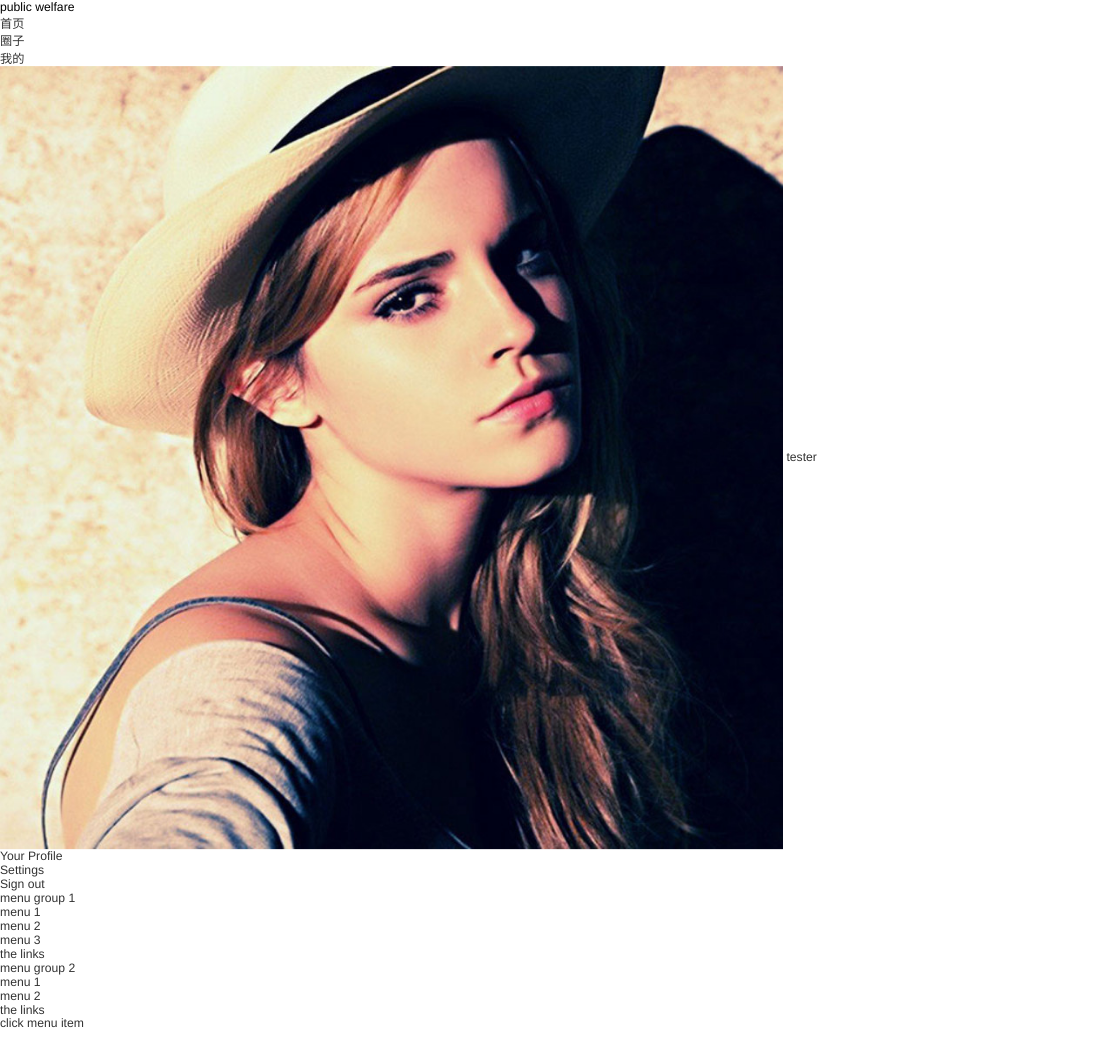
Repository: wjiawei97/FrontEndExercises
Page: 6. bigEvent/index.html
The author's editor kept a copy of each file at every save. The page is drawn from the files as they stood at one save, then again after the next save.
The browser window is 1280 px wide. The pictures show the whole page, at 87% of full size.

Above is the page before, as saved 2021-08-12 08:19:04.

### 6. bigEvent/index.html
<!DOCTYPE html>
<html lang="en">

<head>
    <meta charset="UTF-8">
    <meta http-equiv="X-UA-Compatible" content="IE=edge">
    <meta name="viewport" content="width=device-width, initial-scale=1.0">
    <title>Document</title>
    <link rel="stylesheet" href="./assets/css/common.css">
    <style>
        /* 移动端 */
        @media screen and (max-width: 768px) {
          .pb-layout-admin .pb-layout-left,
          .pb-layout-admin .pb-body,
          .pb-layout-admin .pb-footer{left: 0;}
          .pb-layout-admin .pb-side{left: -300px;}
        }
      </style>
</head>

<body>
    <div class="pb-layout pb-layout-admin">
        <!-- 网页顶部区域 -->
        <div class="pb-header">
            <div class="pb-logo pb-hide-xs pb-bg-black">public welfare</div>
            <!-- 头部水平导航栏区域 -->
            <ul class="pb-nav pb-layout-left">
                <!-- 在移动端显示 -->
                <li class="pb-nav-item pb-show-xs-inline-block pb-hide-sm">
                    <i class="pb-icon pb-icon-spread-left"></i>
                </li>
                <li class="pb-nav-item pb-hide-xs"><a href="">首页</a></li>
                <li class="pb-nav-item pb-hide-xs"><a href="">圈子</a></li>
                <li class="pb-nav-item pb-hide-xs"><a href="">我的</a></li>
            </ul>
            <ul class="pb-nav pb-layout-right">
                <li class="pb-nav-item pb-hide pb-show-md-inline-block">
                    <a href="javascript:;">
                        <img src="./assets/images/sample.jpg"
                            class="pb-nav-img">
                        tester
                        <i class="pb-icon pb-icon-down pb-nav-more"></i>
                    </a>
                    <dl class="pb-nav-child">
                        <dd><a href="">Your Profile</a></dd>
                        <dd><a href="">Settings</a></dd>
                        <dd><a href="">Sign out</a></dd>
                    </dl>
                </li>
            </ul>
        </div>

        <!-- 左侧侧边栏区域 -->
        <div class="pb-side pb-bg-black">
            <div class="pb-side-scroll">
                <ul class="pb-nav pb-nav-tree">
                    <li class="pb-nav-item pb-nav-itemed">
                        <a class="" href="javascript:;">menu group 1
                            <i class="pb-icon pb-icon-down pb-nav-more"></i>
                        </a>
                        <dl class="pb-nav-child">
                          <dd><a href="javascript:;">menu 1</a></dd>
                          <dd><a href="javascript:;">menu 2</a></dd>
                          <dd><a href="javascript:;">menu 3</a></dd>
                          <dd><a href="">the links</a></dd>
                        </dl>
                      </li>
                      <li class="pb-nav-item">
                        <a href="javascript:;">menu group 2
                            <i class="pb-icon pb-icon-down pb-nav-more"></i>
                        </a>
                        <dl class="pb-nav-child">
                          <dd><a href="javascript:;">menu 1</a></dd>
                          <dd><a href="javascript:;">menu 2</a></dd>
                          <dd><a href="">the links</a></dd>
                        </dl>
                      </li>
                      <li class="pb-nav-item"><a href="javascript:;">click menu item</a></li>
                </ul>
            </div>
        </div>

        <!-- 内容主题区域 -->
        <div class="pb-body">
            <div style="padding: 15px;"></div>
        </div>
    </div>

    <script src="./assets/js/common.js"></script>
</body>

</html>

### 6. bigEvent/assets/css/common.css
img {
  display: inline-block;
  vertical-align: middle;
}
h1,
h2,
h3,
h4,
h5,
h6 {
  font-weight: 400;
}
blockquote,
body,
button,
dd,
div,
dl,
dt,
form,
h1,
h2,
h3,
h4,
h5,
h6,
input,
li,
ol,
p,
pre,
td,
textarea,
th,
ul {
  margin: 0;
  padding: 0;
  -webkit-tap-highlight-color: rgba(0, 0, 0, 0);
}
a:active,
a:hover {
  outline: 0;
}
img {
  border: none;
}
li {
  list-style: none;
}
table {
  border-collapse: collapse;
  border-spacing: 0;
}
h4,
h5,
h6 {
  font-size: 100%;
}
button,
input,
optgroup,
option,
select,
textarea {
  font-family: inherit;
  font-size: inherit;
  font-style: inherit;
  font-weight: inherit;
  outline: 0;
}
pre {
  white-space: pre-wrap;
  white-space: -moz-pre-wrap;
  white-space: -pre-wrap;
  white-space: -o-pre-wrap;
  word-wrap: break-word;
}
body {
  line-height: 24px;
  font: 14px Helvetica Neue, Helvetica, PingFang SC, Tahoma, Arial, sans-serif;
}
hr {
  height: 1px;
  margin: 10px 0;
  border: 0;
  clear: both;
}
a {
  color: #333;
  text-decoration: none;
}
a:hover {
  color: #777;
}
a cite {
  font-style: normal;
  *cursor: pointer;
}

@media screen and (max-width: 768px) {

}
@media screen and (min-width: 768px) {

}

### 6. bigEvent/assets/js/common.js
//顶部个人信息菜单栏的显示与隐藏
var personal_info = document.querySelector('.pb-layout-right>li');
var personal_items=document.querySelector('.pb-layout-right .pb-nav-child');
personal_info.addEventListener('mouseenter',function(e){
    //移入显示具体信息
    personal_items.style.display='block'
})
personal_info.addEventListener('mouseleave',function(e){
    //移出则不显示具体信息
    personal_items.style.display='none'
})


//左侧侧边栏的显示与隐藏

After the next save:
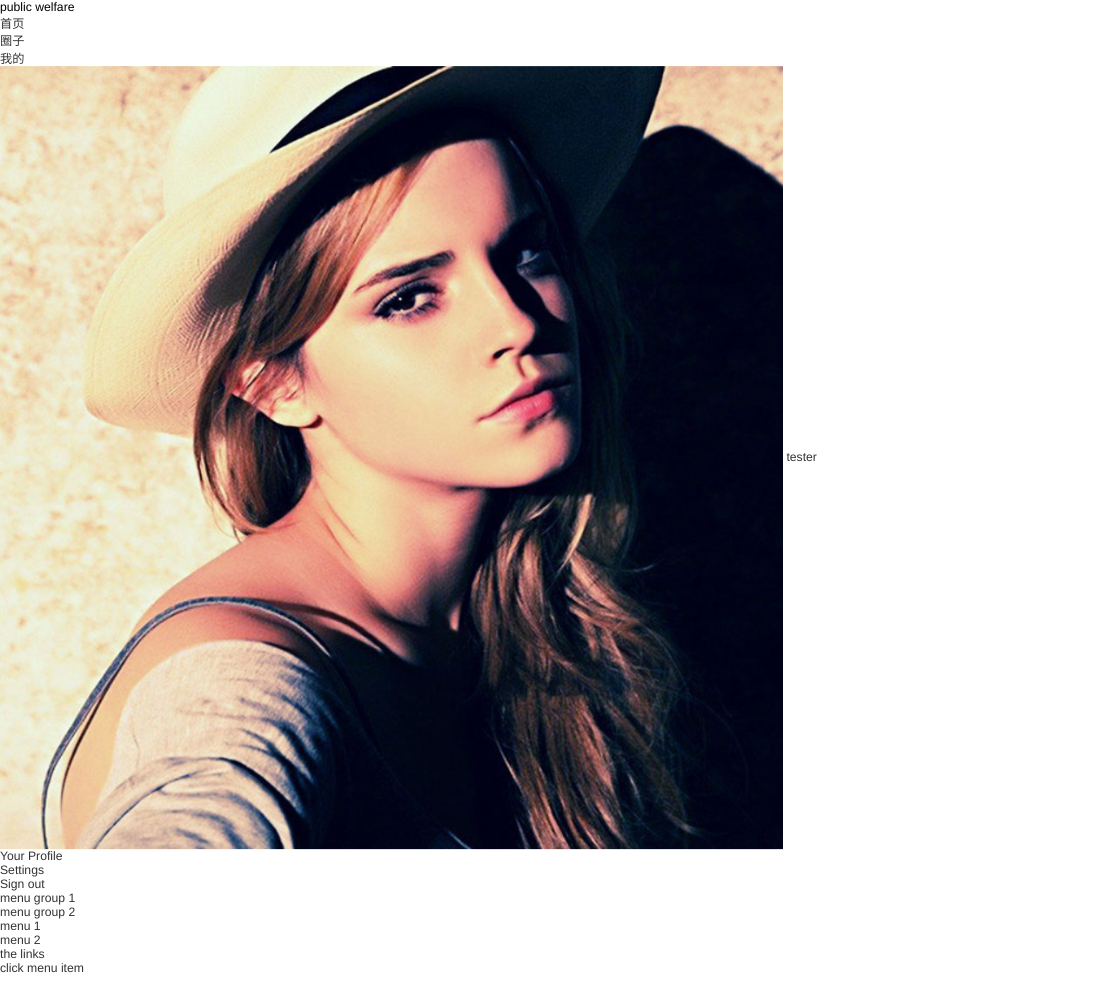
Saved 26 min 46 s later.
--- a/6. bigEvent/index.html
+++ b/6. bigEvent/index.html
@@ -58,7 +58,7 @@
                         <a class="" href="javascript:;">menu group 1
                             <i class="pb-icon pb-icon-down pb-nav-more"></i>
                         </a>
-                        <dl class="pb-nav-child">
+                        <dl class="pb-nav-child" style="display: none;">
                           <dd><a href="javascript:;">menu 1</a></dd>
                           <dd><a href="javascript:;">menu 2</a></dd>
                           <dd><a href="javascript:;">menu 3</a></dd>
